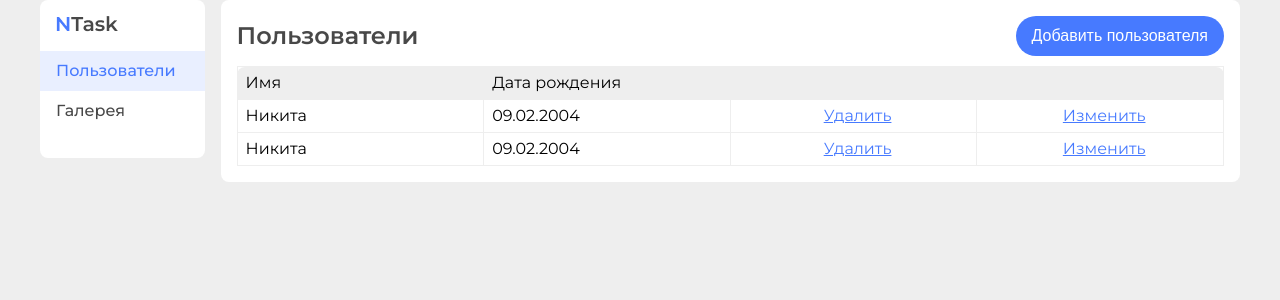
Repository: Grid-Master/NTask
Page: /
The author's editor kept a copy of each file at every save. The page is drawn from the files as they stood at one save, then again after the next save.
The browser window is 1280 px wide. The pictures show the whole page.
The project was rebuilt for these pictures with package versions that can differ from the ones it lists, and the page was loaded fresh each time.

Above is the page before, as saved 2023-06-05 11:24:50.

After the next save:
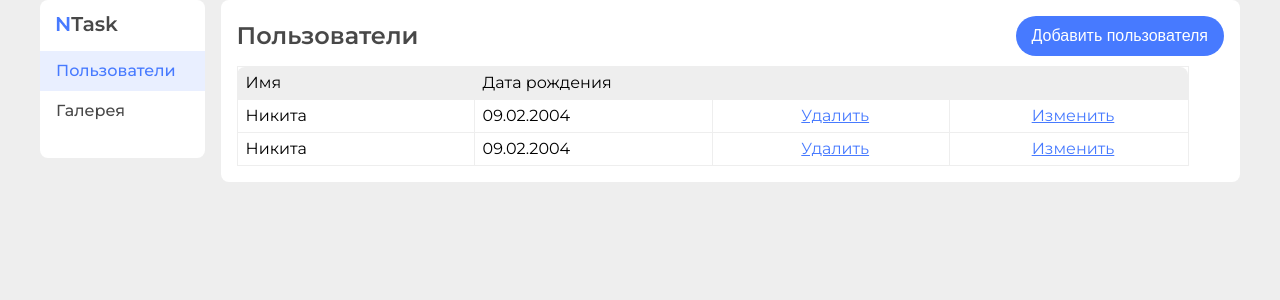
Saved 36 s later.
--- a/src/components/userList/userList.sass
+++ b/src/components/userList/userList.sass
@@ -28,7 +28,7 @@
             opacity: .8
     &__table
         margin-top: 10px
-        width: 100%
+        width: 952px
         td
             border: 1px solid #EEEEEE
             width: 238px
